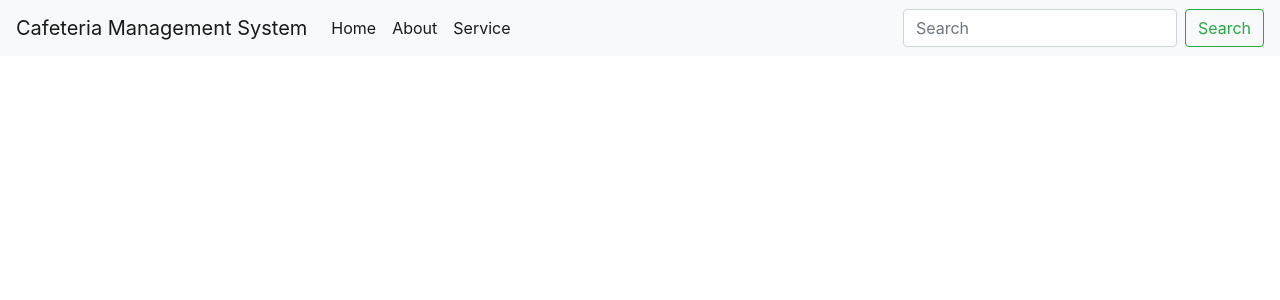
Repository: OsamaRaees/Trivia
Page: http://localhost/Trivia/
The author's editor kept a copy of each file at every save. The page is drawn from the files as they stood at one save, then again after the next save.
The browser window is 1280 px wide. The pictures show the whole page.
The page is served by Tomcat 9.

Above is the page before, as saved 2019-04-05 04:41:10.

After the next save:
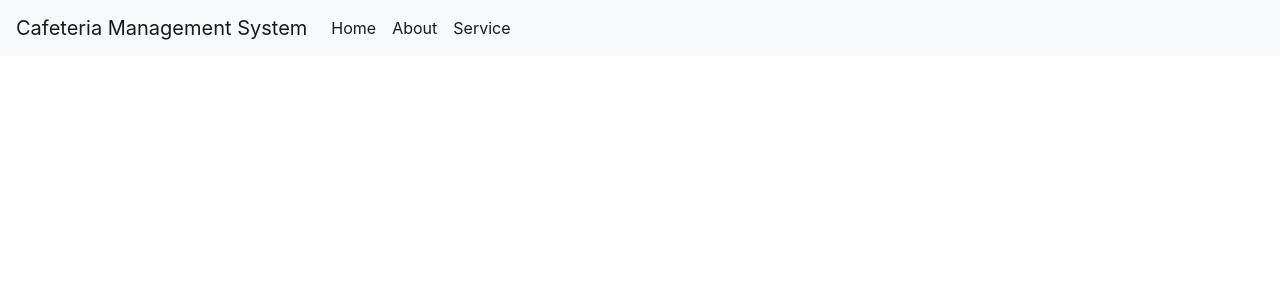
Saved 47 s later.
--- a/Trivia/WebContent/Main.jsp
+++ b/Trivia/WebContent/Main.jsp
@@ -31,11 +31,9 @@
 
 
 
+
     </ul>
-    <form class="form-inline my-2 my-lg-0">
-      <input class="form-control mr-sm-2" type="search" placeholder="Search" aria-label="Search">
-      <button class="btn btn-outline-success my-2 my-sm-0" type="submit">Search</button>
-    </form>
+
   </div>
 </nav>
 
